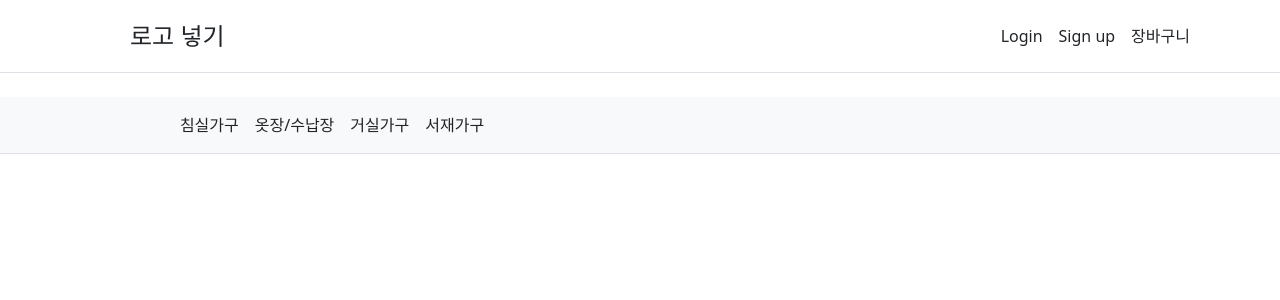
Repository: raoniee/Elice-House-Project
Page: FE/src/components/header/header.html
The author's editor kept a copy of each file at every save. The page is drawn from the files as they stood at one save, then again after the next save.
The browser window is 1280 px wide. The pictures show the whole page.

Above is the page before, as saved 2023-07-04 16:16:14.

After the next save:
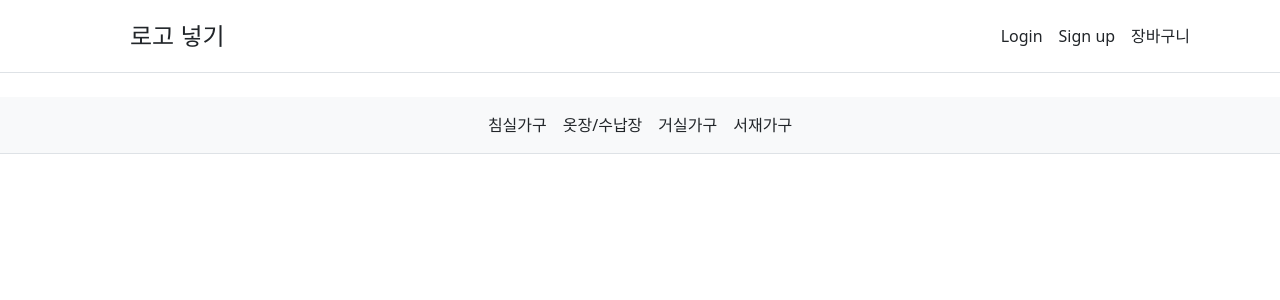
Saved 9 s later.
--- a/FE/src/components/header/header.html
+++ b/FE/src/components/header/header.html
@@ -40,10 +40,7 @@
     </header>
     <nav class="py-2 bg-light border-bottom">
       <div class="container">
-        <ul
-          class="nav me-auto d-flex flex-wrap justify-content-center"
-          style="width: 500px"
-        >
+        <ul class="nav me-auto d-flex flex-wrap justify-content-center">
           <li class="nav-item">
             <a href="#" class="nav-link link-dark px-2">침실가구</a>
           </li>
